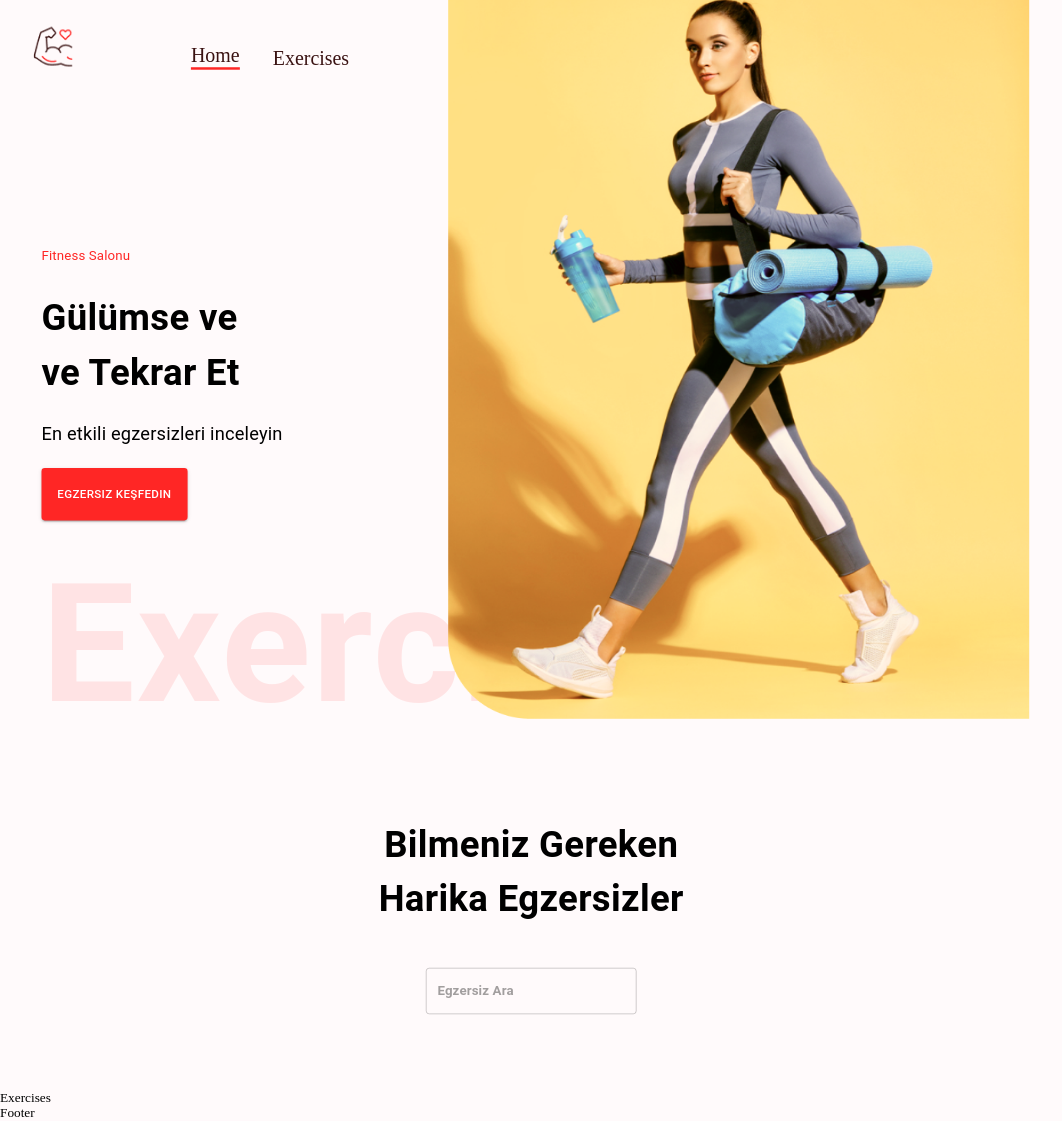
Repository: Kubraaygun/Gym_App
Page: /
The author's editor kept a copy of each file at every save. The page is drawn from the files as they stood at one save, then again after a run of saves.
The browser window is 1280 px wide. The pictures show the whole page, at 83% of full size.
The project was rebuilt for these pictures with package versions that can differ from the ones it lists, and the page was loaded fresh each time. Also part of the build but not shown: src/pages/ExerciseDetail.js.

Above is the page before, as saved 2025-01-25 17:35:24.

### src/App.js
import React from "react";
import "./App.css";
import { Route, Routes } from "react-router-dom";
import { Box } from "@mui/material";
import ExerciseDetail from "./pages/ExerciseDetail";
import Home from "./pages/Home";
import Navbar from "./components/Navbar";
import Footer from "./components/Footer";

const App = () => {
  return (
    <Box width="400px" sx={{ width: { xl: "1488" } }} m="auto">
      <Navbar />
      <Routes>
        <Route path="/" element={<Home />} />
        <Route path="/exercise/:id" element={<ExerciseDetail />} />
      </Routes>
      <Footer />
    </Box>
  );
};

export default App;

### src/pages/Home.js
import React, { useState } from "react";
import { Box } from "@mui/material";
import HeroBanner from "../components/HeroBanner";
import SearchExercises from "../components/SearchExercises";
import Exercises from "../components/Exercises";
const Home = () => {
  return (
    <Box>
      <HeroBanner />
      <SearchExercises />
      <Exercises />
    </Box>
  );
};

export default Home;

### src/components/Navbar.js
import React from "react";
import { Link } from "react-router-dom";
import { Stack } from "@mui/material";
import Logo from "../assets/images/Logo.png";
const Navbar = () => {
  return (
    <Stack
      direction="row"
      justifyContent="space-around"
      sx={{
        gap: { sm: "122px", sx: "40px" },
        mt: { sm: "32px", xs: "20px" },
        justifyContent: "none",
      }}
      px="20px"
    >
      <Link>
        <img
          src={Logo}
          alt="logo"
          style={{ width: "48px", height: "48px", margin: "0 20px" }}
        />
      </Link>
      <Stack direction="row" gap="40px" fontSize="24px" alignItems="flex-end">
        <Link
          to="/"
          style={{
            textDecoration: "none",
            color: "#3A1212",
            borderBottom: "3px solid #FF2625",
          }}
        >
          Home
        </Link>
        <a
          href="#exercises"
          style={{
            textDecoration: "none",
            color: "#3A1212",
          }}
        >
          Exercises
        </a>
      </Stack>
    </Stack>
  );
};

export default Navbar;

### src/components/HeroBanner.js
import React from "react";
import { Box, Stack, Typography, Button } from "@mui/material";
import HeroBannerImage from "../assets/images/banner.png";
import styles from "../theme/styles.css";

const HeroBanner = () => {
  return (
    <Box
      className="banner"
      sx={{ mt: { lg: "212px", sx: "700px" }, ml: { sm: "50px" } }}
    >
      <Typography className="banner-title">Fitness Salonu</Typography>
      <Typography
        className="banner-subtitle"
        fontWeight={700}
        sx={{ fontSize: { lg: "44px", sx: "40px" } }}
        mb="23px"
        mt="30px"
      >
        Gülümse ve <br /> ve Tekrar Et
      </Typography>
      <Typography fontSize="22px" lineHeight="35px" mb={3}>
        En etkili egzersizleri inceleyin
      </Typography>
      <Button
        variant="contained"
        color="error"
        href="#exercises"
        sx={{ backgroundColor: "#ff2625", padding: "19px" }}
      >
        Egzersiz keşfedin
      </Button>
      <Typography
        fontWeight={600}
        color="#ff2625"
        sx={{ opacity: 0.1, display: { lg: "block", xs: "none" } }}
        fontSize="200px"
      >
        Exercise
      </Typography>
      <img src={HeroBannerImage} alt="banner" className="hero-banner-img" />
    </Box>
  );
};

export default HeroBanner;

### src/components/SearchExercises.js
import React, { useState, useEffect } from "react";
import { Box, Button, Stack, TextField, Typography } from "@mui/material";
const SearchExercises = () => {
  return (
    <Stack alignItems="center" mt="37px" justifyContent="center" p="20px">
      <Typography
        fontWeight={700}
        sx={{ fontSize: { lg: "44px", sx: "30px" } }}
        mb="50px"
        textAlign="center"
      >
        Bilmeniz Gereken <br /> Harika Egzersizler
      </Typography>
      <Box position="relative" mb="72px">
        <TextField
          sx={{
            input: { fontWeight: "700", border: "none", borderRadius: "4px" },
          }}
          height="76px"
          value=""
          onChange={(e) => {}}
          placeholder="Egzersiz Ara"
          type="text"
        />
      </Box>
    </Stack>
  );
};

export default SearchExercises;

### src/theme/styles.css
/* HeroBanner */

.banner {
  position: relative;
  padding: 20x;
}
.banner-title {
  color: #ff2625;
  font-weight: 600;
  font-size: 26px;
}
.banner-subtitle {
  font-weight: 700;
}

Loaded but not shown: public/index.html (common file); src/index.js (common file); src/App.css (common file); src/components/Footer.js (common file); src/components/Exercises.js (common file)

After the next 2 saves:
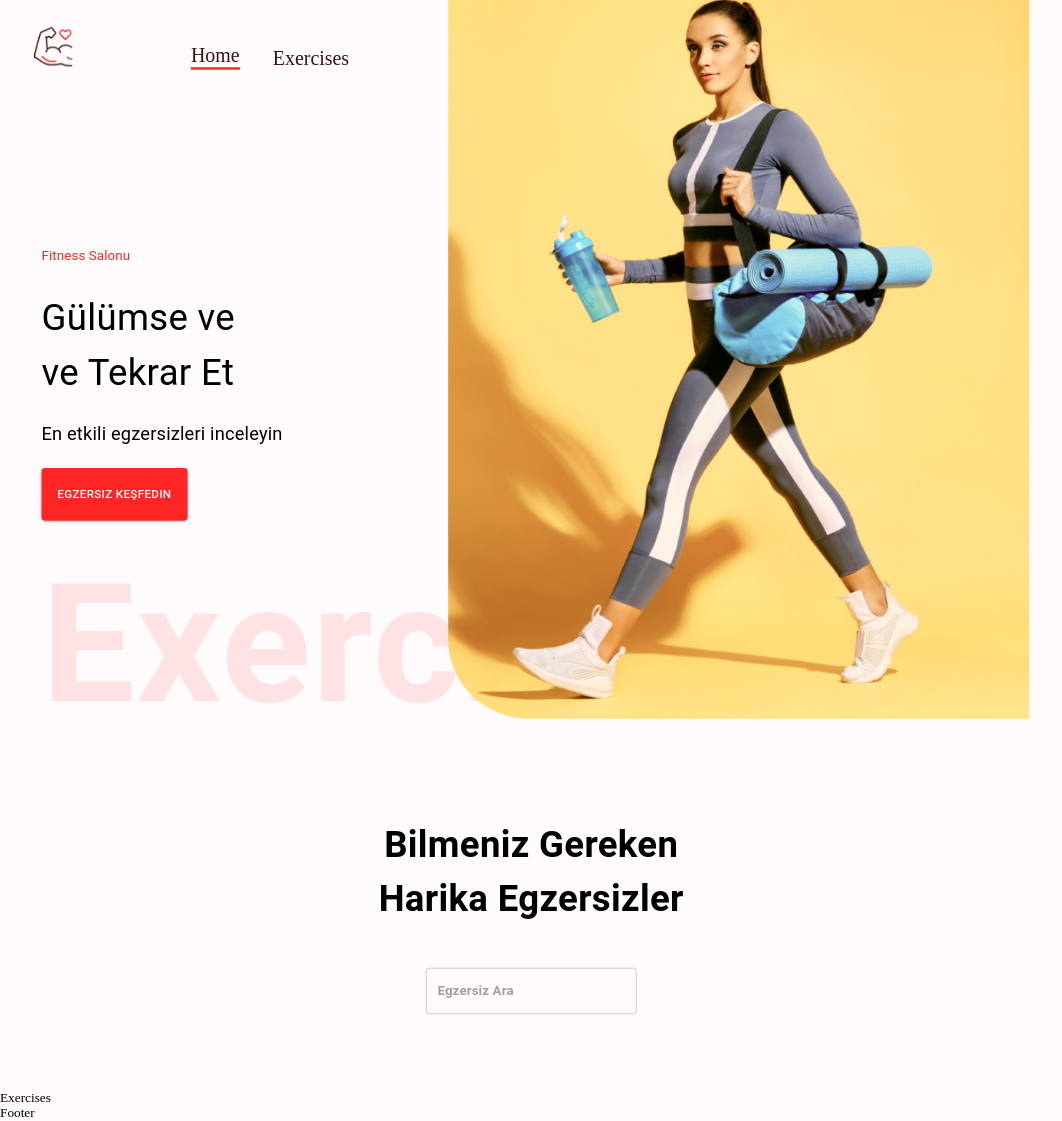
The 2 saves are shown as one change because they came seconds apart.
The last was saved 4 s later.
--- a/src/components/HeroBanner.js
+++ b/src/components/HeroBanner.js
@@ -12,7 +12,6 @@ const HeroBanner = () => {
       <Typography className="banner-title">Fitness Salonu</Typography>
       <Typography
         className="banner-subtitle"
-        fontWeight={700}
         sx={{ fontSize: { lg: "44px", sx: "40px" } }}
         mb="23px"
         mt="30px"
